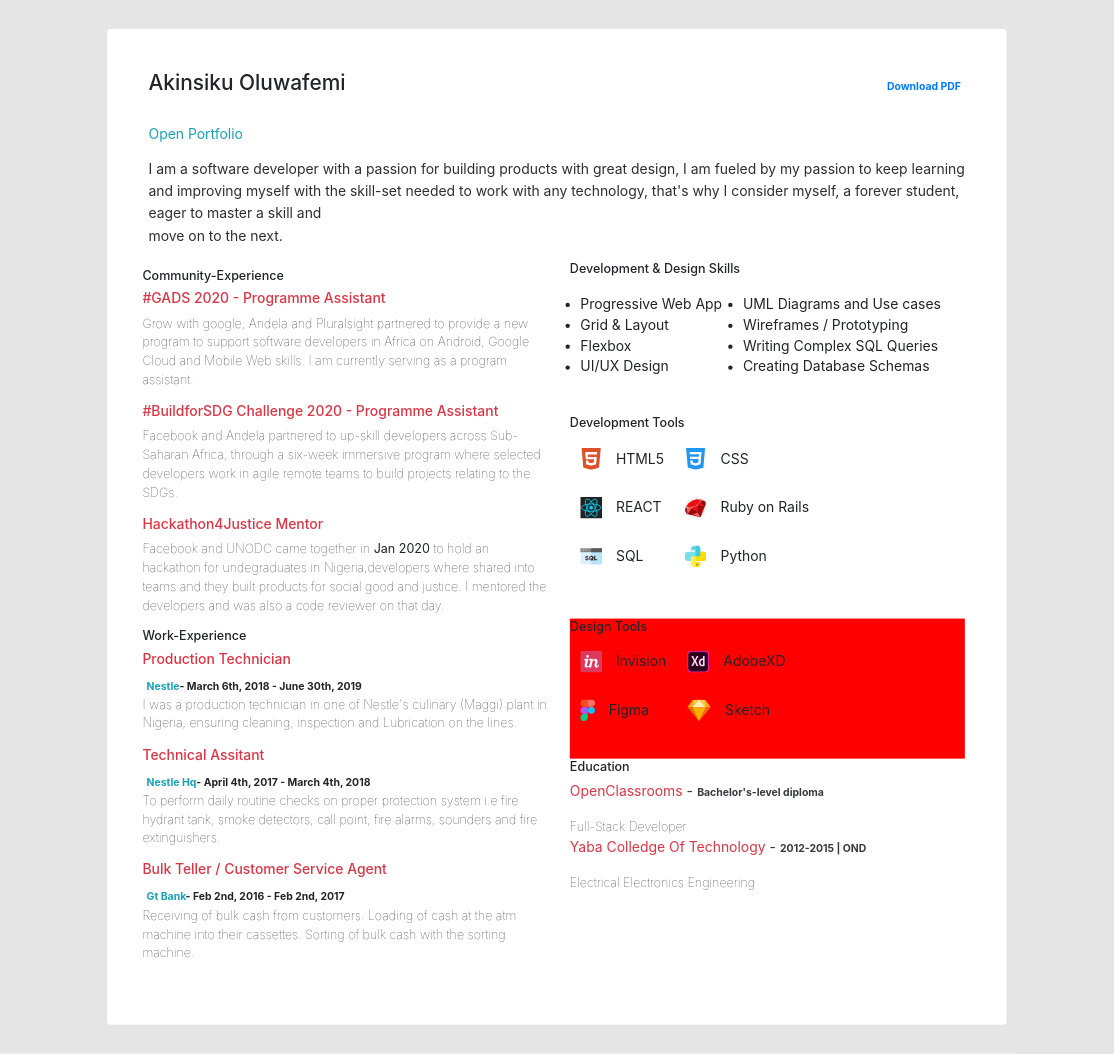
Repository: akinsikuoluwafemi/resume
Page: index.html
An editor plug-in stored every save of this project. The page is shown before and after the next save, followed by the edit.
The browser window is 1280 px wide. The pictures show the whole page, at 87% of full size.
The style sheet was rebuilt from its Sass, Less or Tailwind sources for each picture, by a compiler version that may differ from the author's.

Above is the page before, as saved 2020-08-03 19:43:43.

### index.html
<!DOCTYPE html>
<html lang="en">

<head>
    <meta charset="UTF-8">
    <meta name="viewport" content="width=device-width, initial-scale=1.0">
    <meta http-equiv="X-UA-Compatible" content="ie=edge">
    <link rel="shortcut icon" type="image/png" href="./images/new-photo.png">

    <link rel="stylesheet" href="https://stackpath.bootstrapcdn.com/bootstrap/4.3.1/css/bootstrap.min.css" integrity="sha384-ggOyR0iXCbMQv3Xipma34MD+dH/1fQ784/j6cY/iJTQUOhcWr7x9JvoRxT2MZw1T"
        crossorigin="anonymous" />
    <link rel="stylesheet" href="./resume.css">

    <title>Akinsiku Oluwafemi - Software Developer</title>
</head>

<body>

   <div class="col-sm-12 col-lg-10 m-auto">
       <!--  -->
        <div class="p-c container border px-3 py-4 px-lg-5 py-lg-5 ">
            <header class="row">
                <div class="col d-flex align-items-center">
                    <h4 class="header__name mr-auto">Akinsiku Oluwafemi</h4>
                    <a href="./images/newresume.pdf" download="Femi_Akinsiku_resume.pdf" class="badge">Download PDF</a>
                </div>
            </header>
            <div class="row mt-4">
                <a href="https://femiakin.com/" target="_blank" class="col text-info">Open Portfolio</a>
            </div>

            <div class="row mt-3">
                <div class="col">
                    <p class="intro">I am a software developer with a passion for building products with great design, I am
                        fueled by my passion to keep learning and improving myself with the skill-set needed to work with
                        any
                        technology,
                        that's why I consider myself, a forever student, eager to master a skill and <br /> move on to the
                        next. </p>
                </div>
            </div>


            <div class="row">

                <div class="col col-lg-6 p-2  ">
                    <div>
                        <h5 class="item__header">Community-Experience</h5>

                        <h6 class="item__job text-danger">#GADS 2020 - Programme Assistant </h6>
                        <p class="item__description">Grow with google, Andela and Pluralsight partnered to provide a new
                            program to support
                            software developers in Africa on Android, Google Cloud and Mobile Web skills. I am currently
                            serving as a
                            program assistant.</p>

                    </div>

                    <div>



                        <h6 class="item__job text-danger">#BuildforSDG Challenge 2020 - Programme Assistant </h6>


                        <p class="item__description">Facebook and Andela partnered to up-skill developers across
                            Sub-Saharan
                            Africa,
                            through a six-week immersive program where selected developers work in agile remote
                            teams to build projects relating to the SDGs.
                        </p>

                    </div>

                    <div>
                        <h6 class="item__job text-danger">Hackathon4Justice Mentor</h6>
                        <p class="item__description">Facebook and UNODC came together in <strong>Jan 2020</strong> to hold
                            an
                            hackathon for
                            undegraduates in Nigeria,developers where shared into teams and they built products for social
                            good
                            and justice. I mentored the developers and was
                            also a code reviewer on that day.
                        </p>
                    </div>


                    <!-- here -->
                    <div>
                        <h5 class="item__header">Work-Experience</h5>
                        <h6 class="item__job text-danger">Production Technician</h6>
                        <span class="badge"><span class="text-info">Nestle</span>- March 6th, 2018 - June 30th, 2019 </span>
                        <p class="item__description">I was a production technician in one of Nestle's culinary (Maggi)
                            plant in
                            Nigeria,
                            ensuring cleaning, inspection and Lubrication on the lines.</p>

                    </div>
                    <div>
                        <h6 class="item__job text-danger">Technical Assitant</h6>
                        <span class="badge"><span class="text-info">Nestle Hq</span>- April 4th, 2017 - March 4th, 2018</span>
                        <p class="item__description">To perform daily routine checks on proper protection system i.e fire
                            hydrant tank,
                            smoke detectors, call point, fire
                            alarms, sounders and fire extinguishers.
                        </p>

                    </div>
                    <div>
                        <h6 class="item__job text-danger">Bulk Teller / Customer Service Agent</h6>
                        <span class="badge"><span class="text-info">Gt Bank</span>- Feb 2nd, 2016 - Feb 2nd, 2017 </span>
                        <p class="item__description">Receiving of bulk cash from customers.
                            Loading of cash at the atm machine into their cassettes.
                            Sorting of bulk cash with the sorting machine.</p>

                    </div>
                    <!-- here2 -->


                </div>
                <div class="col col-lg-6 ">

                    <div>
                        <h5 class="item__header ">Development & Design Skills</h5>
                        <div class="d-flex ">
                            <ul class="list__item">
                                <li>Progressive Web App</li>
                                <li>Grid & Layout</li>
                                <li>Flexbox</li>
                                <li>UI/UX Design</li>


                            </ul>
                            <ul class="list__item">
                                <li>UML Diagrams and Use cases</li>
                                <li>Wireframes / Prototyping</li>
                                <li>Writing Complex SQL Queries</li>
                                <li>Creating Database Schemas</li>



                            </ul>
                        </div>


                    </div>

                    <div class="item__container">
                        <h5 class="item__header">Development Tools</h5>
                        <div class="d-flex ">
                            <ul class="list__item">
                                <div class="d-flex  mb-3">
                                    <img src="./images/html5.svg" />
                                    <p class="ml-3">HTML5</p>
                                </div>
                                <div class="d-flex  mb-3">
                                    <img src="./images/react-1.svg" />
                                    <p class="ml-3">REACT</p>
                                </div>
                                <div class="d-flex ">
                                    <img src="./images/sql.svg" />
                                    <p class="ml-3">SQL</p>
                                </div>

                            </ul>
                            <ul class="list__item ">
                                <div class="d-flex  mb-3">
                                    <img src="./images/css-3.svg" />
                                    <p class="ml-3">CSS</p>
                                </div>
                                <div class="d-flex  mb-3">
                                    <img src="./images/ruby.svg" />
                                    <p class="ml-3">Ruby on Rails</p>
                                </div>
                                <div class="d-flex ">
                                    <img src="./images/python.svg" />
                                    <p class="ml-3">Python</p>
                                </div>


                            </ul>
                        </div>


                    </div>

                    <!-- here -->

                    <div class="item__contain">
                        <h5 class="item__header">Design Tools</h5>
                        <div class="d-flex ">
                            <ul class="list__item">
                                <div class="d-flex mb-3">
                                    <img src="./images/invision.svg" />
                                    <p class="ml-3">Invision</p>
                                </div>
                                <div class="d-flex ">
                                    <img src="./images/figma-1.svg" />
                                    <p class="ml-3">Figma</p>
                                </div>

                            </ul>
                            <ul class="list__item ">
                                <div class="d-flex  mb-3 ">
                                    <img src="./images/adobe-xd-1.svg" />
                                    <p class="ml-3">AdobeXD</p>
                                </div>
                                <div class="d-flex ">
                                    <img src="./images/sketch-2.svg" />
                                    <p class="ml-3">Sketch</p>
                                </div>


                            </ul>
                        </div>


                    </div>
                    <div class="edu">
                        <h5 class="item__header">Education</h5>
                        <p paragraph><a href="https://www.francecompetences.fr/recherche/rncp/27099/" class="text-danger text-info">OpenClassrooms
                            <span class="text-dark">-</span><span class="badge text-dark">Bachelor's-level diploma</span></a></p>

                        <span class="item__description "><a style="color: #212529" href="https://openclassrooms.com/en/paths/104-full-stack-developer">Full-Stack Developer</a></span>

                        <p class="text-danger paragraph pt-2">Yaba Colledge Of Technology <span class="text-dark">-</span><span class="badge text-dark">2012-2015
                                | OND</span></p>
                        <span class="item__description ">Electrical Electronics Engineering</span>


                    </div>



                </div>

            </div>


        </div>

        <!--  -->
   </div>










    <script src="https://code.jquery.com/jquery-3.3.1.slim.min.js" integrity="sha384-q8i/X+965DzO0rT7abK41JStQIAqVgRVzpbzo5smXKp4YfRvH+8abtTE1Pi6jizo"
        crossorigin="anonymous"></script>
    <script src="https://cdnjs.cloudflare.com/ajax/libs/popper.js/1.14.7/umd/popper.min.js" integrity="sha384-UO2eT0CpHqdSJQ6hJty5KVphtPhzWj9WO1clHTMGa3JDZwrnQq4sF86dIHNDz0W1"
        crossorigin="anonymous"></script>
    <script src="https://stackpath.bootstrapcdn.com/bootstrap/4.3.1/js/bootstrap.min.js" integrity="sha384-JjSmVgyd0p3pXB1rRibZUAYoIIy6OrQ6VrjIEaFf/nJGzIxFDsf4x0xIM+B07jRM"
        crossorigin="anonymous"></script>
</body>

</html>

### resume.scss


body {
    background-color: #E5E5E5;

    -webkit-font-smoothing: antialiased;
  -moz-osx-font-smoothing: grayscale;
}

.container {
    margin: 2rem auto;
    background-color: white;
    border-radius: .3rem;
}

.intro {
    font-size: 1rem;
    color: rgba(0,0,0,0.82);
    line-height: 1.6rem;
}


.text-info:hover{
    text-decoration: none;
}

img {
    height: 25px;
}



.item {

     &__contain {
        margin-bottom: 0rem;
        background: red;
    }

    &__container {
        margin: 1rem 0!important;
    }

    &__dev {
         font-size: .9rem;
        margin-bottom: 1rem;
    }

    &__header {
        font-size: .9rem;
        margin-bottom: .5rem;
    }

    &__description {
        font-weight: 100;
        font-size: .9rem;
    }

}


.list__item {
    padding: 12px;
}

@media (max-width: 576px) {
    br {
        display: none;
    }
 }

 .paragraph {
   padding: 0!important;
 }

After the next save:
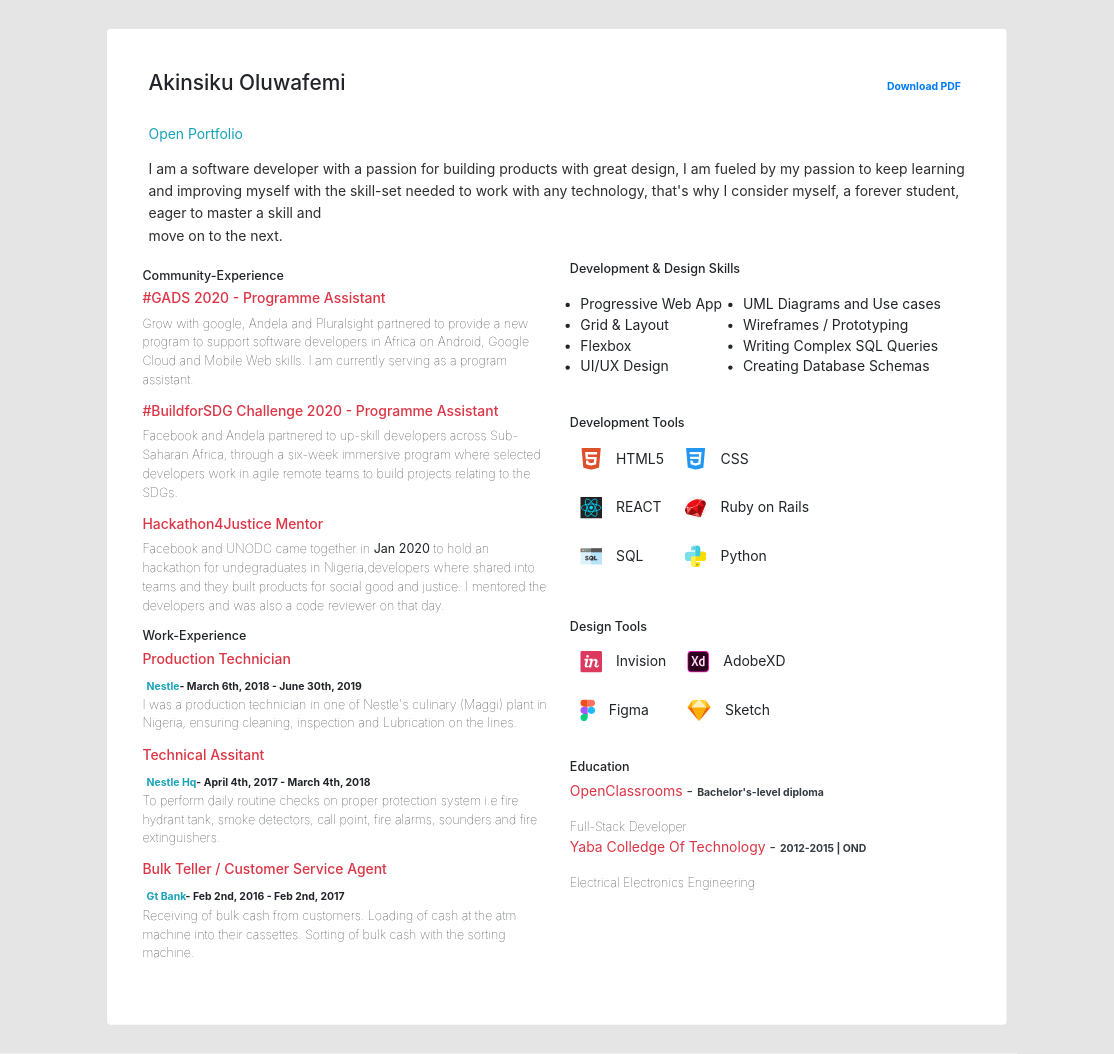
Saved 15 s later.
--- a/resume.scss
+++ b/resume.scss
@@ -34,7 +34,7 @@
 
      &__contain {
         margin-bottom: 0rem;
-        background: red;
+        // background: red;
     }
 
     &__container {
